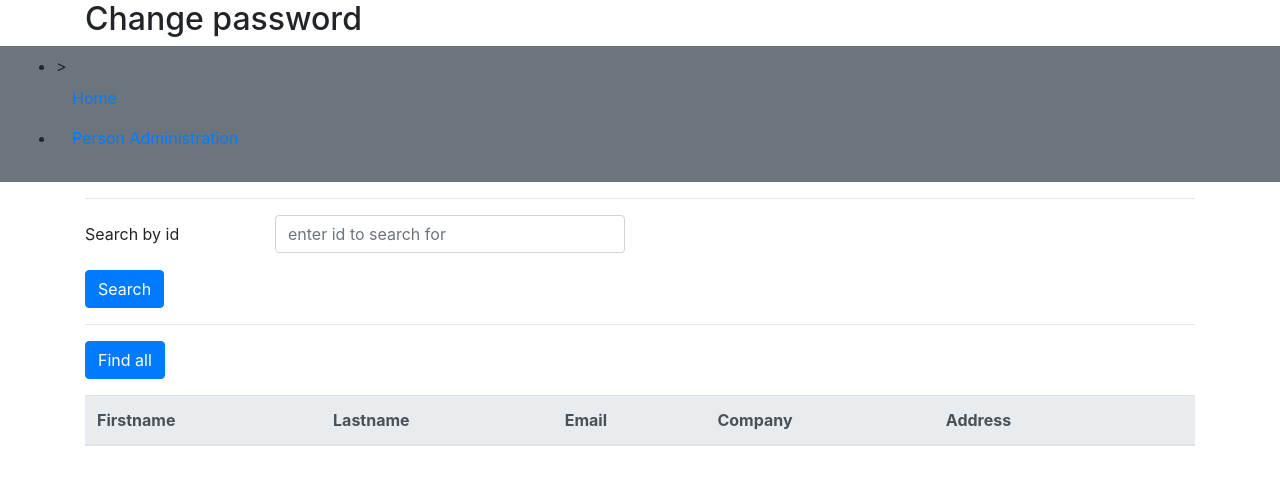
Repository: bvanrooy/exspring
Page: http://localhost/searchperson
The author's editor kept a copy of each file at every save. The page is drawn from the files as they stood at one save, then again after the next save.
The browser window is 1280 px wide. The pictures show the whole page.
The page is this project's Thymeleaf template; nobody is signed in. The template is opened directly, without the code that normally fills it, so the values that code supplies are empty.

Above is the page before, as saved 2020-10-07 12:50:26.

After the next save:
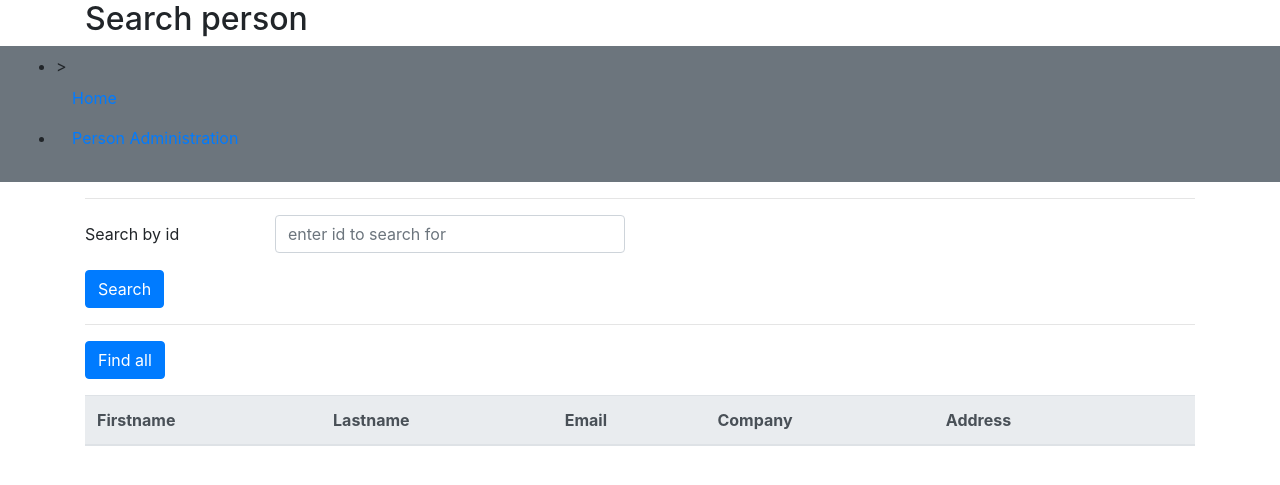
Saved 88 s later.
--- a/ExB3/src/main/resources/templates/searchperson.html
+++ b/ExB3/src/main/resources/templates/searchperson.html
@@ -6,11 +6,11 @@
 	content="width = device-width, initial-scale = 1, shrink-to-fit = no">
 <link rel="stylesheet"
 	href="https://stackpath.bootstrapcdn.com/bootstrap/4.1.3/css/bootstrap.min.css">
-<title>Change password</title>
+<title>Search persond</title>
 </head>
 <body>
 	<div class="container">
-		<h2>Change password</h2>
+		<h2>Search person</h2>
 	</div>
 	<nav class="navbar navbar-expand-sm navbar-dark bg-secondary">
 		<ul>
